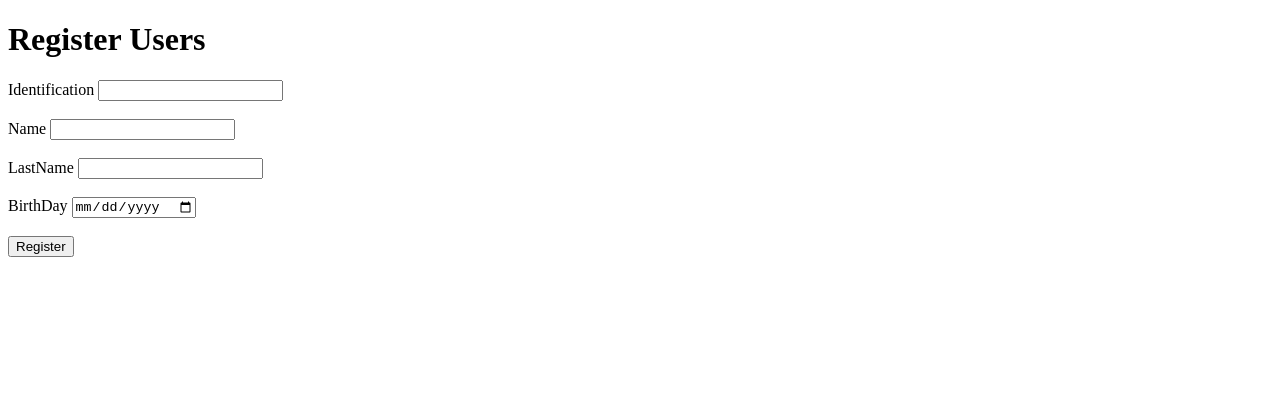
Repository: Andres-Velasco07/app-cym-repo
Page: templates/register.html
The author's editor kept a record of every edit. The page is drawn from the files as they stood at one moment, then again after the next edit.
The browser window is 1280 px wide. The pictures show the whole page.

Above is the page before.

### templates/register.html
<!DOCTYPE html>
<html>
    <head>
        <meta http-equiv="content-type" content="text/html; charset=utf-8" />
        <title>Web Page</title>
    </head>
    <body>
        <h1>Register Users</h1>
        <form>
            <label>Identification</label> <input type="number"/> <br> <br>
            <label>Name</label> <input type="text"/> <br> <br>
            <label>LastName</label> <input type="text"/> <br> <br>
            <label>BirthDay</label> <input type="date"/> <br> <br>
            <button> Register </button>
        </form>
    </body>
</html>

### static/css/styleregister.css
h1 {
    text-align: center;
    font-size: 60px;
}

div {
    text-align: center;
}

body {
    background-color: slategrey;
}

button {
    font-size: 30px;
    background-color: black;
    color: white;
    border-radius: 10px;
    padding: 10px;
    margin-right: 2%;
    margin-left: 2%;

}

After the next edit:
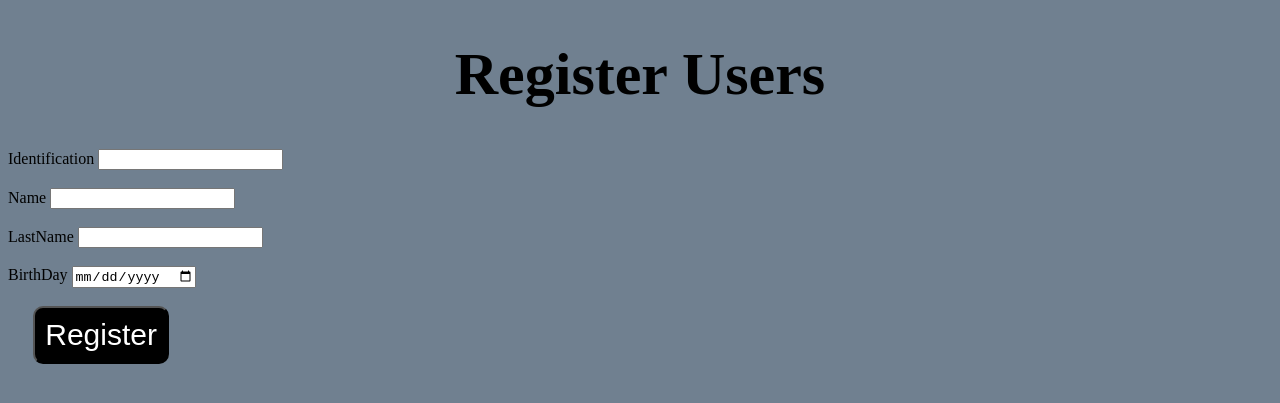
The edit:
--- a/templates/register.html
+++ b/templates/register.html
@@ -3,6 +3,7 @@
     <head>
         <meta http-equiv="content-type" content="text/html; charset=utf-8" />
         <title>Web Page</title>
+        <link rel="stylesheet" href="../static/css/styleregister.css" type="text/css" />
     </head>
     <body>
         <h1>Register Users</h1>
